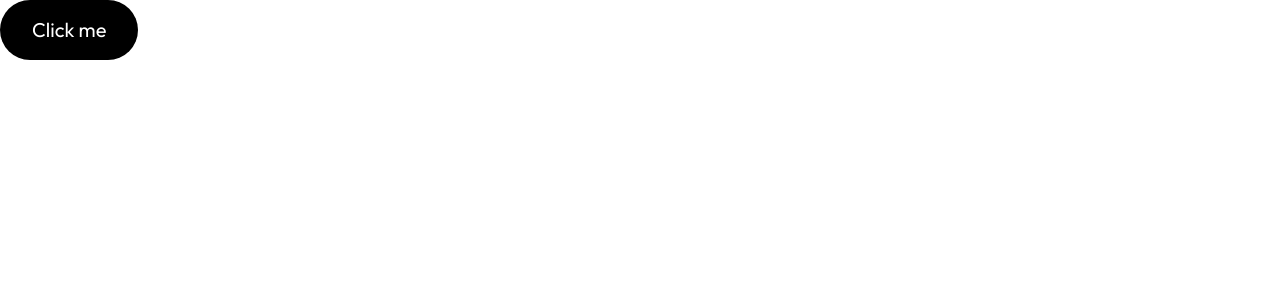
Repository: felixdusengimana/capstone-project-mirror
Page: /components (app in frontend/)
These files come from the project's save history. The page is drawn as it stood at one moment and after the next save; the edit follows.
The browser window is 1280 px wide. The pictures show the whole page.
The project was rebuilt for these pictures with package versions that can differ from the ones it lists, and the page was loaded fresh each time. The framework's server and built-in components were replaced by stand-ins that run in the browser. Also part of the build but not shown: frontend/next.config.mjs.

Above is the page before, as saved 2024-03-11 10:43:35.

After the next save:
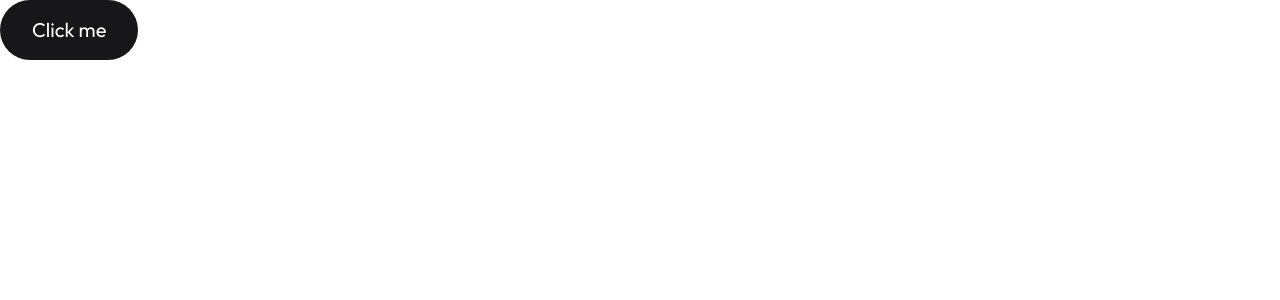
Saved 32 s later.
--- a/frontend/app/components/page.tsx
+++ b/frontend/app/components/page.tsx
@@ -5,7 +5,7 @@ export default function page() {
   return (
     <div>
       <div>
-        <Button>Click me</Button>
+        <Button variant="secondary">Click me</Button>
       </div>
     </div>
   );
